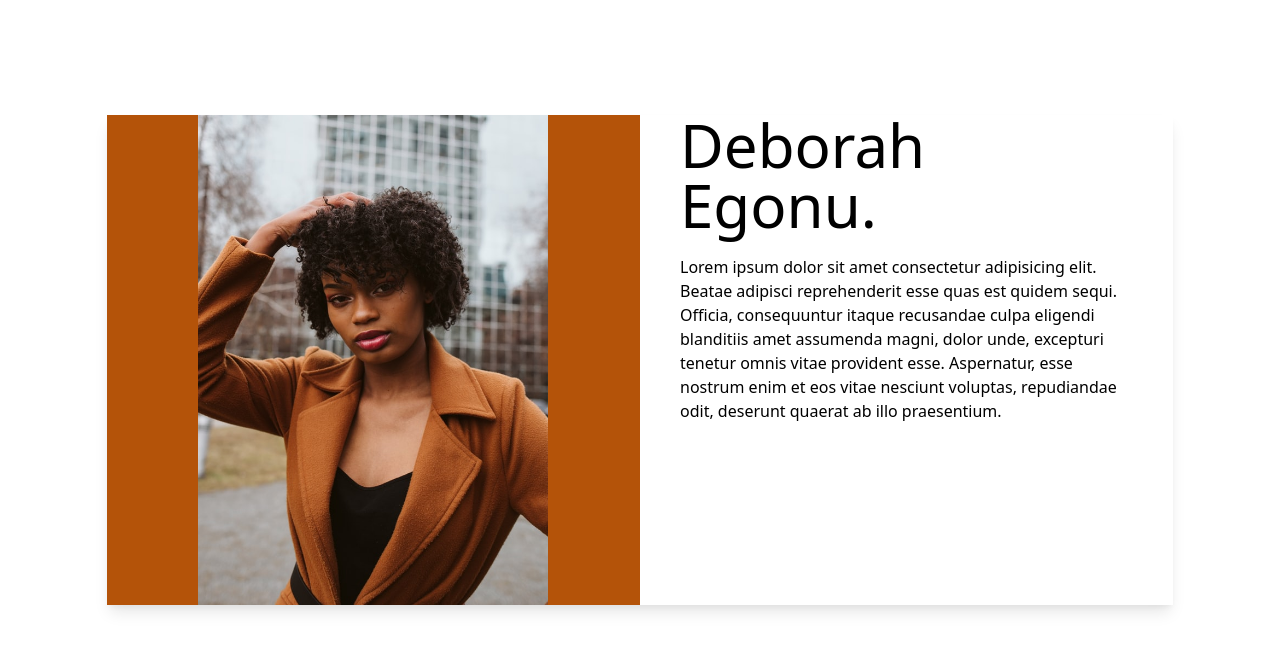
Repository: latenightsnacc/giggles
Page: HTML/user.html
An editor plug-in stored every save of this project. The page is shown before and after the next save, followed by the edit.
The browser window is 1280 px wide. The pictures show the whole page.
Some web libraries are served in a nearby version.

Above is the page before, as saved 2021-01-01 16:15:20.

### HTML/user.html
<!DOCTYPE html>
<html lang="en">
<head>
    <meta charset="UTF-8">
    <meta name="viewport" content="width=device-width, initial-scale=1.0">
    <link href="https://cdnjs.cloudflare.com/ajax/libs/tailwindcss/2.0.2/tailwind.min.css" rel="stylesheet">
    <title>User Page</title>
</head>
<body>
    <div class="wrapper flex justify-center items-center w-100 bg-grey-300 h-screen">
        <div class="w-5/6 flex shadow-lg h-auto bg-grey-300 border-blue-50">
            <div class="w-1/2 bg-yellow-700 h-full flex justify-center">
                <img src="assets/userDp.jpg" width="350px" />
            </div>

            <div class="w-1/2 bg-grey-50 h-full px-10">
                <h1 class="text-6xl bold">Deborah </br> Egonu.</h1>
                <p class="my-5">Lorem ipsum dolor sit amet consectetur adipisicing elit. Beatae adipisci reprehenderit esse quas est quidem sequi. Officia, consequuntur itaque recusandae culpa eligendi blanditiis amet assumenda magni, dolor unde, excepturi tenetur omnis vitae provident esse. Aspernatur, esse nostrum enim et eos vitae nesciunt voluptas, repudiandae odit, deserunt quaerat ab illo praesentium.</p>
            </div>

        </div>
    </div>
</body>
</html>

After the next save:
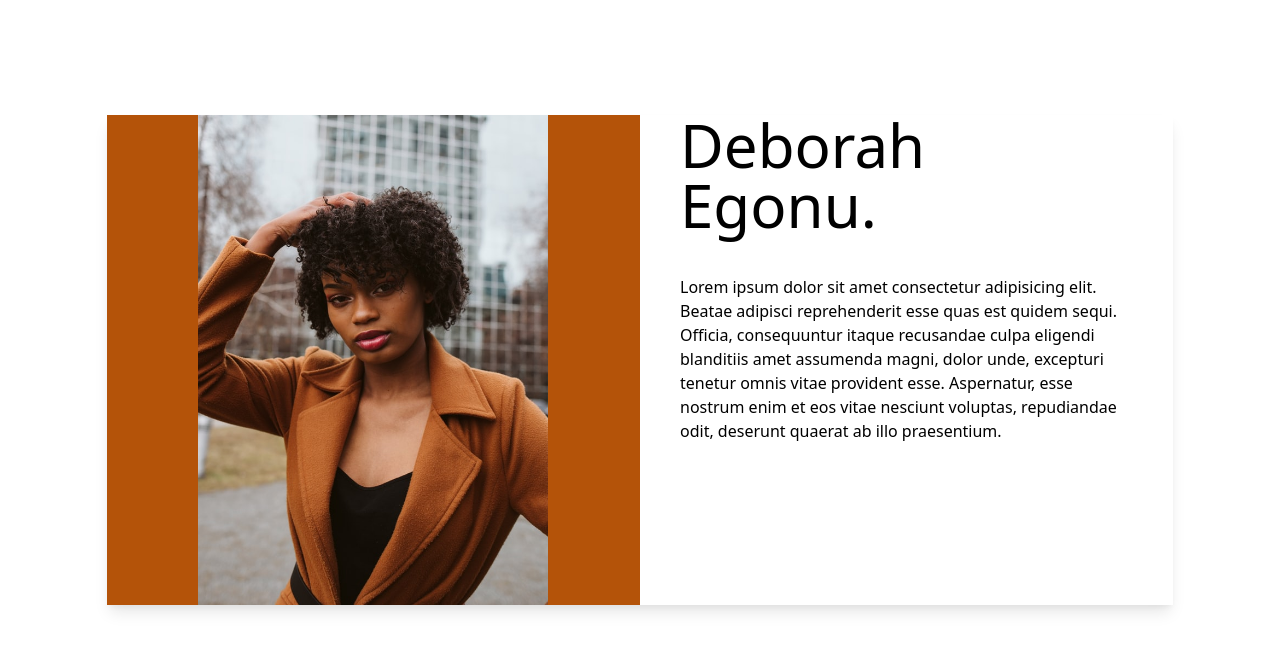
Saved 9 s later.
--- a/HTML/user.html
+++ b/HTML/user.html
@@ -15,7 +15,7 @@
 
             <div class="w-1/2 bg-grey-50 h-full px-10">
                 <h1 class="text-6xl bold">Deborah </br> Egonu.</h1>
-                <p class="my-5">Lorem ipsum dolor sit amet consectetur adipisicing elit. Beatae adipisci reprehenderit esse quas est quidem sequi. Officia, consequuntur itaque recusandae culpa eligendi blanditiis amet assumenda magni, dolor unde, excepturi tenetur omnis vitae provident esse. Aspernatur, esse nostrum enim et eos vitae nesciunt voluptas, repudiandae odit, deserunt quaerat ab illo praesentium.</p>
+                <p class="my-10">Lorem ipsum dolor sit amet consectetur adipisicing elit. Beatae adipisci reprehenderit esse quas est quidem sequi. Officia, consequuntur itaque recusandae culpa eligendi blanditiis amet assumenda magni, dolor unde, excepturi tenetur omnis vitae provident esse. Aspernatur, esse nostrum enim et eos vitae nesciunt voluptas, repudiandae odit, deserunt quaerat ab illo praesentium.</p>
             </div>
 
         </div>
